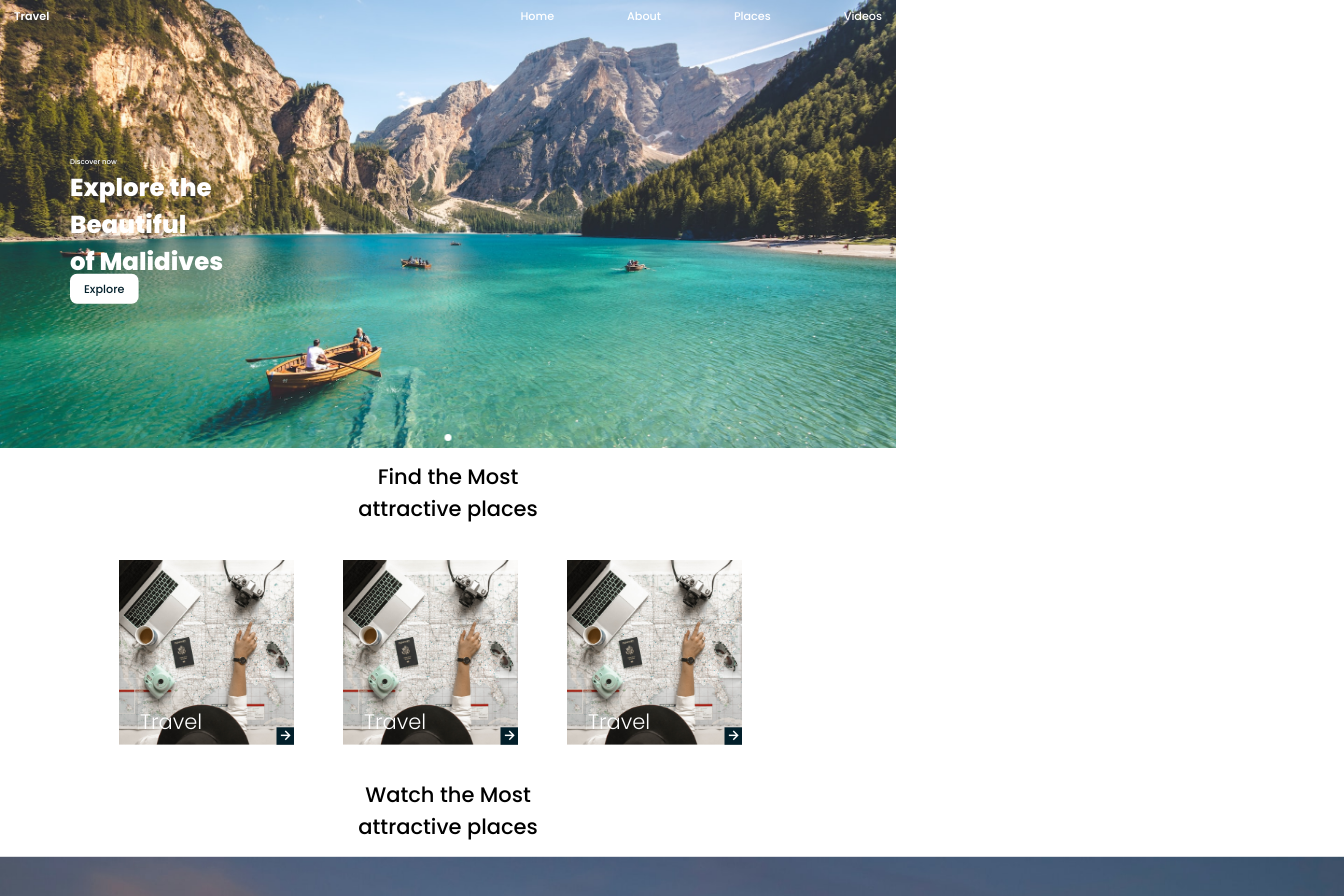
Repository: OmniaRafat232111121/Traveling
Page: index.html
The author's editor kept a copy of each file at every save. The page is drawn from the files as they stood at one save, then again after the next save.
The browser window is 1280 px wide. The page is 1920 px wide, then 1600 px, so the pictures cover 1920 px, including what lies to the right of the window. The pictures show the part of the page from y = 0 to 1280 px (the page is 4111 px tall before and 4104 px after), at 70% of full size.

Above is the page before, as saved 2022-12-20 11:46:45.

After the next save:
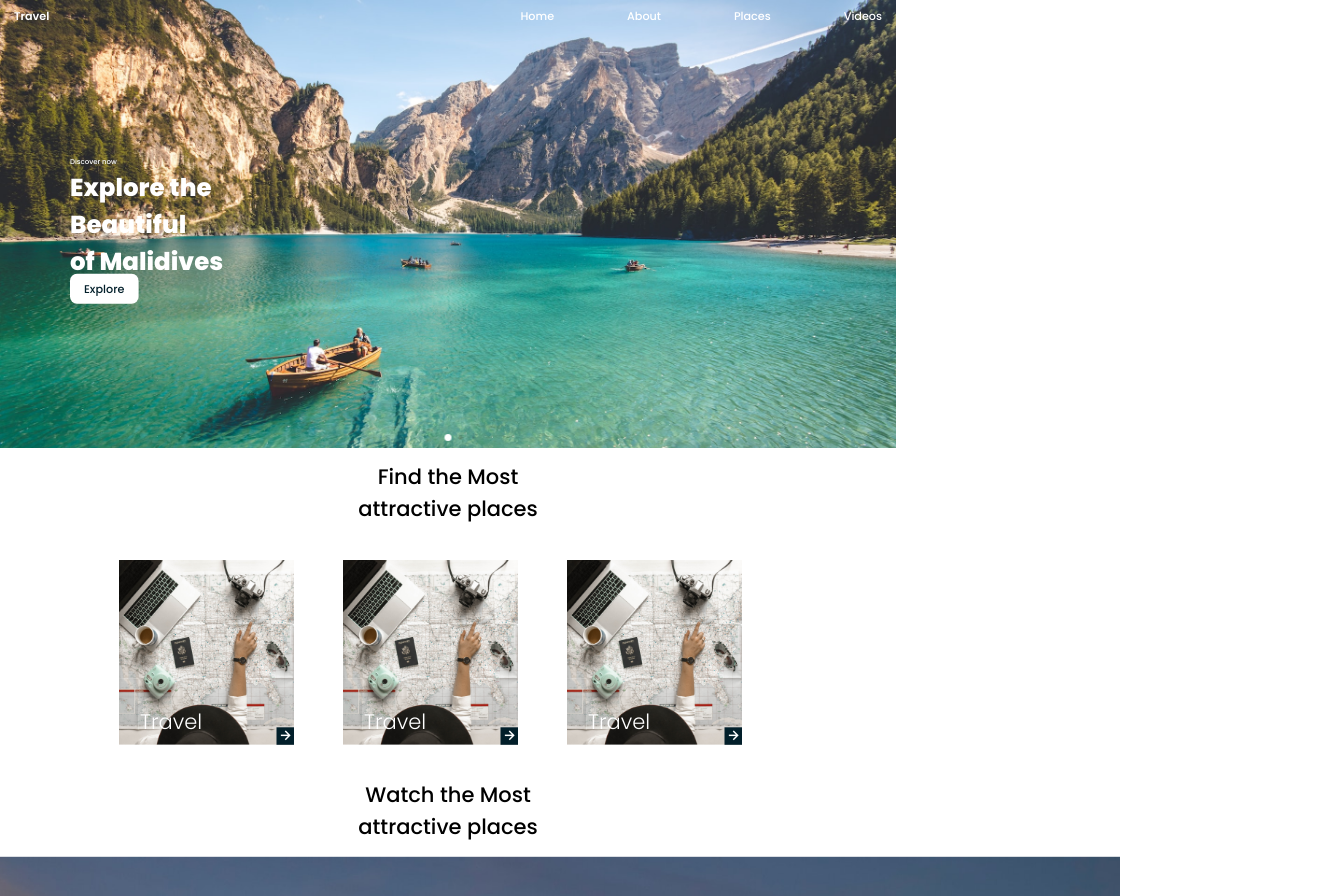
Saved 7 s later.
--- a/css/style.css
+++ b/css/style.css
@@ -175,7 +175,7 @@ bottom:10px;
     color: var(--text-color);
 }
 /*viedos*/
-.imgage-container{
+.image-container{
     display:flex;
     align-items: center;
     justify-content: center;
